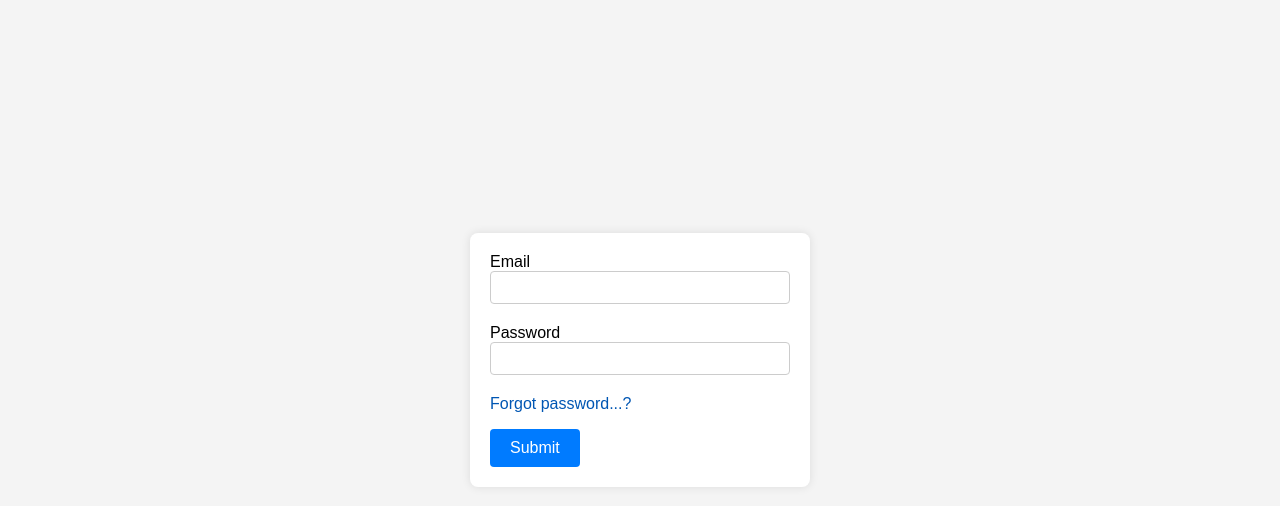
Repository: Ndifoinhilary/authentication
Page: http://localhost/auth/login/
An editor plug-in stored every save of this project. The page is shown before and after the next save, followed by the edit.
The browser window is 1280 px wide. The pictures show the whole page.
The page is served by the project's application, run on Django 3.2 (manage.py). Other server files are loaded and not shown.

Above is the page before, as saved 2024-01-05 19:23:42.

### Auth/templates/login.html
<!DOCTYPE html>
<html lang="en">

<head>
    <meta charset="UTF-8">
    <meta name="viewport" content="width=device-width, initial-scale=1.0">
    <style>
        body {
            font-family: 'Arial', sans-serif;
            background-color: #f4f4f4;
            margin: 0;
            padding: 0;
            display: flex;
            justify-content: center;
            align-items: center;
            height: 100vh;
        }

        form {
            background-color: #fff;
            padding: 20px;
            border-radius: 8px;
            box-shadow: 0 0 10px rgba(0, 0, 0, 0.1);
            width: 300px;
        }

        .input {
            margin-bottom: 20px;
        }

        .label {
            display: block;
            margin-bottom: 5px;
            font-weight: bold;
        }

        .form-control {
            width: 100%;
            padding: 8px;
            border: 1px solid #ccc;
            border-radius: 4px;
            box-sizing: border-box;
        }

        .mb-4 {
            margin-bottom: 16px;
        }

        .btn {
            background-color: #007bff;
            color: #fff;
            padding: 10px 20px;
            border: none;
            border-radius: 4px;
            cursor: pointer;
            font-size: 16px;
            margin-top: 1rem;
        }

        .btn:hover {
            background-color: #0056b3;
        }
        a{
           display: block;
           text-decoration: none;
           color: #0056b3;
           margin: 1 auto;
        }
    </style>
</head>

<body>
    <form action="{% url 'login'  %}" class="form-border" method="POST">
        {% csrf_token %}
        <div class="input">
         <lable class="lable">Email</lable>
         <input type="email" name="email" class="form-control mb4">
        </div>
        <div class="input">
            <lable class="lable">Password</lable>
            <input type="password" name="password" class="form-control mb4">
           </div>
           <a href="#"> Forgot password...?  </a>
         <button type="submit" class="btn">Submit</button>

    </form>

</body>

</html>

### Auth/views.py
# pylint: disable=unused-argument
from django.shortcuts import render, redirect
from django.contrib import messages
from django.contrib.auth import authenticate, login, logout
from django.urls import reverse_lazy, reverse
from django.views.generic import FormView
from Auth.forms import RegistrationForm
from Auth.models import User

# Create your views here.


def homePage(request):
    user = request.user
    return render(request, "home.html", {"user": user})


def registerUser(request):
    form = RegistrationForm()

    if request.method == "POST":
        form = RegistrationForm(request.POST)
        if form.is_valid():
            user = form.save(commit=False)
            user.email = user.email.lower()
            new_user = user.save()
            new_user = authenticate(
                request,
                email=form.cleaned_data["email"],
                password=form.cleaned_data["password"],
            )
            check = new_user is not None
            if check:
                login(request, user)
                return redirect("home")
        else:
            messages.error(request, "Invalid form check your data")
    return render(request, "register.html", {"form": form})


def loginUser(request):
    if request.method == "POST":
        email = request.POST.get("email")
        password = request.POST.get("password")
        try:
            user = User.objects.get(email=email)
        except:
            messages.error(request, "Invalid form check your data")
        user = authenticate(request, email=email, password=password)
        check = user is not None and user.check_password(password)
        if check:
            login(request, user)
            return redirect("home")

    return render(request, "login.html")


def logoutUser(request):
    logout(request)
    return redirect("home")

### authentication/urls.py
from django.contrib import admin
from django.urls import path, include
from django.conf import settings
from django.conf.urls.static import static

urlpatterns = [path("admin/", admin.site.urls), path("", include("Auth.urls"))]


urlpatterns += static(settings.MEDIA_URL, document_root=settings.MEDIA_ROOT)
urlpatterns += static(settings.STATIC_URL, document_root=settings.MEDIA_ROOT)

### Auth/urls.py
# pylint: disable=trailing-whitespace
from django.urls import path

from . import views


urlpatterns = [
    path("", views.homePage, name="home"),
    path("auth/login/", views.loginUser, name="login"),
    path("auth/register/", views.registerUser, name="register"),
    path("auth/logout/", views.logoutUser, name="logout"),
]

After the next save:
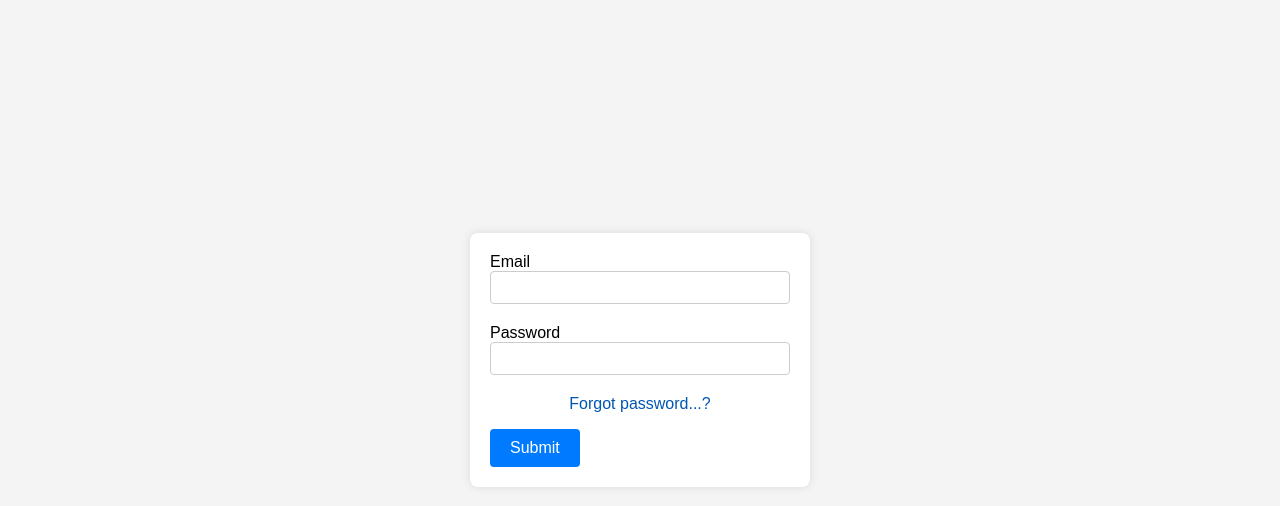
Saved 67 s later.
--- a/Auth/templates/login.html
+++ b/Auth/templates/login.html
@@ -64,7 +64,7 @@
            display: block;
            text-decoration: none;
            color: #0056b3;
-           margin: 1 auto;
+           text-align: center;
         }
     </style>
 </head>

After the save that followed:
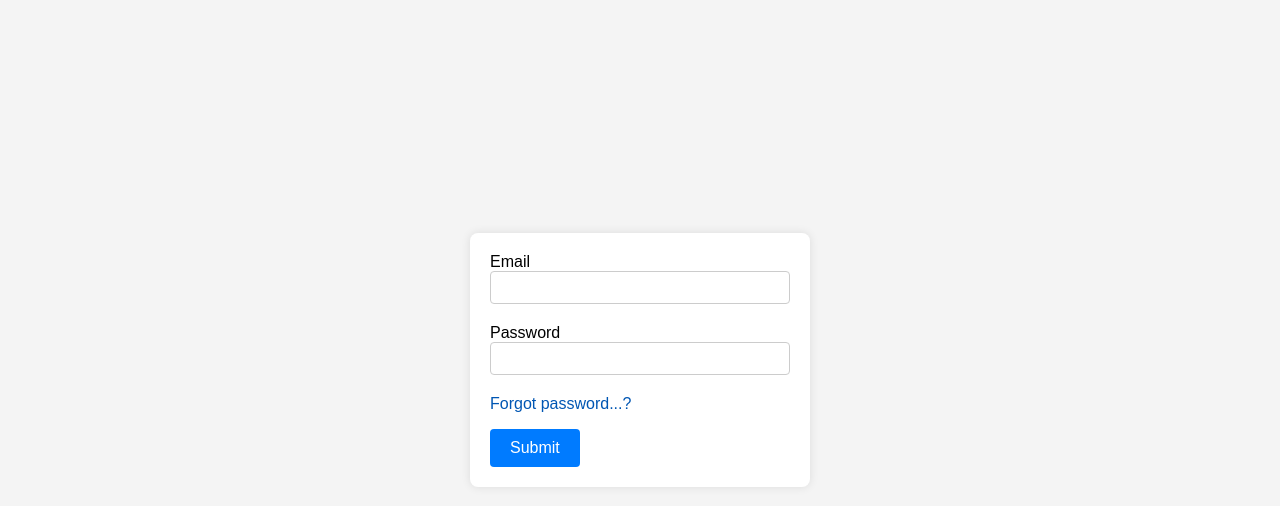
Saved 33 s later.
--- a/Auth/templates/login.html
+++ b/Auth/templates/login.html
@@ -64,7 +64,7 @@
            display: block;
            text-decoration: none;
            color: #0056b3;
-           text-align: center;
+           text-align: left;
         }
     </style>
 </head>
